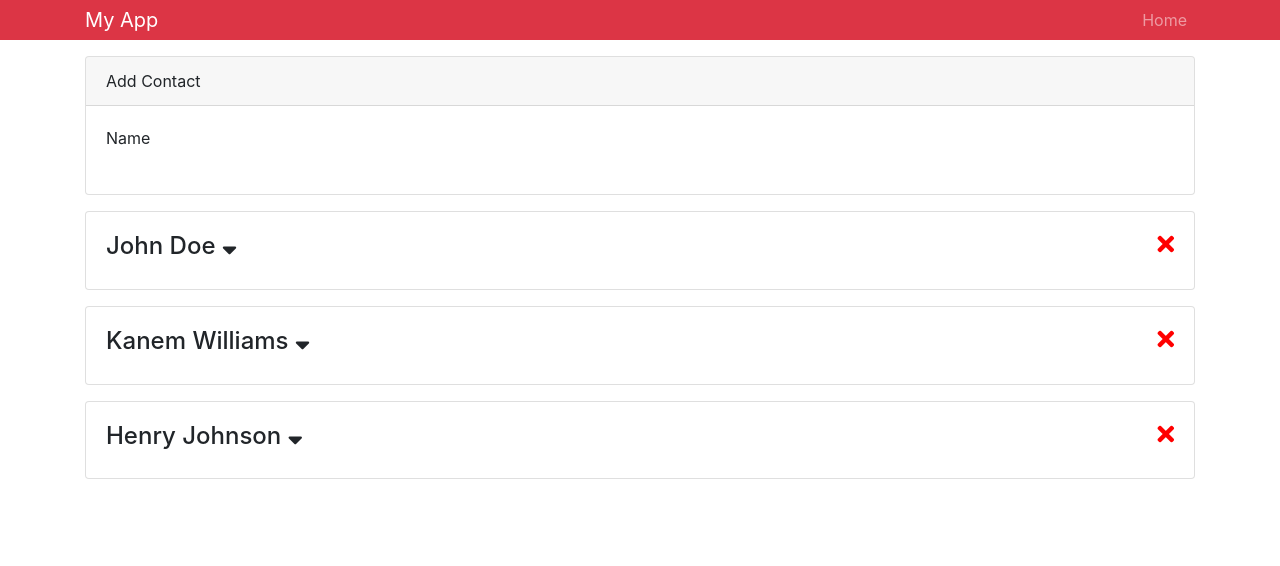
Repository: Mtbwka/contactmanager
Page: /about
The author's editor kept a copy of each file at every save. The page is drawn from the files as they stood at one save, then again after the next save.
The browser window is 1280 px wide. The pictures show the whole page.
Some web libraries are served in a nearby version. The project was rebuilt for these pictures with package versions that can differ from the ones it lists, and the page was loaded fresh each time.

Above is the page before, as saved 2019-05-08 17:55:03.

After the next save:
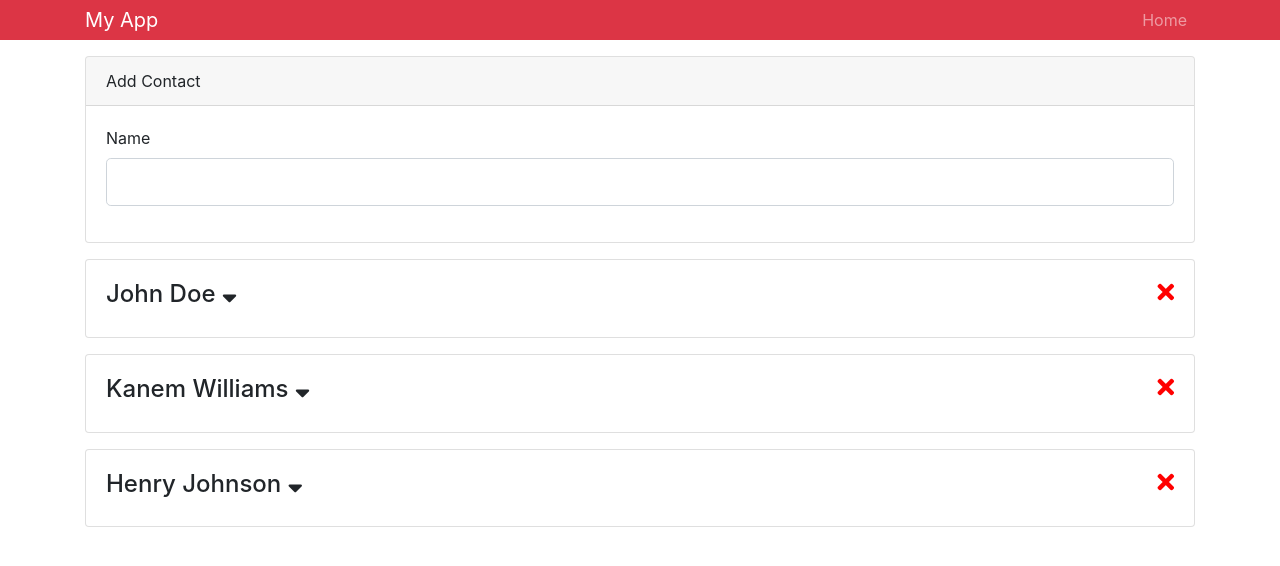
Saved 22 s later.
--- a/src/components/contacts/AddContact.js
+++ b/src/components/contacts/AddContact.js
@@ -15,6 +15,7 @@ class AddContact extends Component {
           <form>
             <div className='form-group'>
               <label htmlFor='name'>Name</label>
+              <input type='text' className='form-control form-control-lg' />
             </div>
           </form>
         </div>
